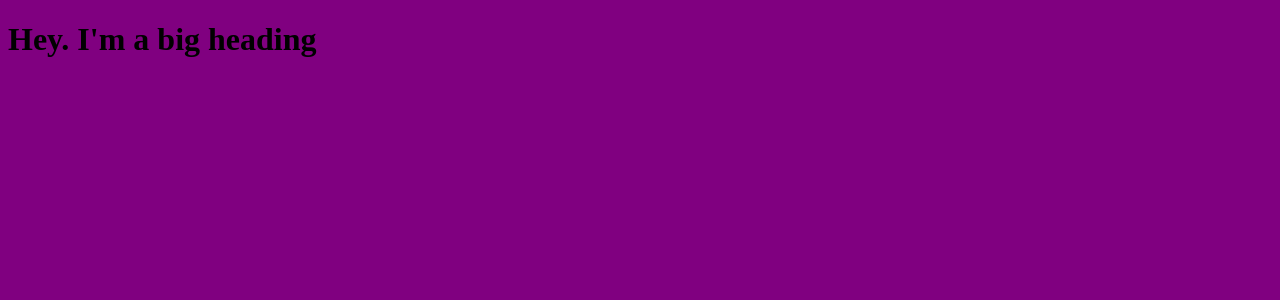
Repository: alcarrizo/Cartoon-Hero
Page: jevil.html
The author's editor kept a copy of each file at every save. The page is drawn from the files as they stood at one save, then again after the next save.
The browser window is 1280 px wide. The pictures show the whole page.

Above is the page before, as saved 2022-10-02 20:42:10.

### jevil.html
<!-- press '!' and enter to auto complete the default start-->
<!DOCTYPE html>
<html lang="en">
<head>
    <meta charset="UTF-8">
    <meta http-equiv="X-UA-Compatible" content="IE=edge">
    <meta name="viewport" content="width=device-width, initial-scale=1.0">
    <title>Document</title>
    <link rel="stylesheet" href="jevil.css">
</head>
<body>
    <h1>Hey. I'm a big heading</h1>
    <div></div>
    <div></div>

</body>
</html>

### jevil.css
.avatar {
    width: 300px;
    height: 350px;
}

body {
    background-color: purple;
}

header {
    background-color: yellow;
    margin: 0 auto;


}

main {
    background-color: yellow;
}

footer {
    background-color: yellow;
}

After the next save:
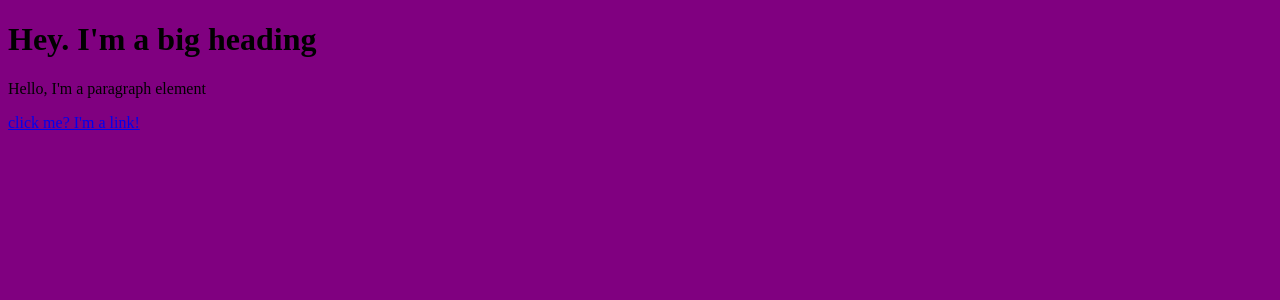
Saved 77 s later.
--- a/jevil.html
+++ b/jevil.html
@@ -10,6 +10,8 @@
 </head>
 <body>
     <h1>Hey. I'm a big heading</h1>
+    <p>Hello, I'm a paragraph element</p>
+    <a href="https://google.com">click me? I'm a link!</a>
     <div></div>
     <div></div>
 
